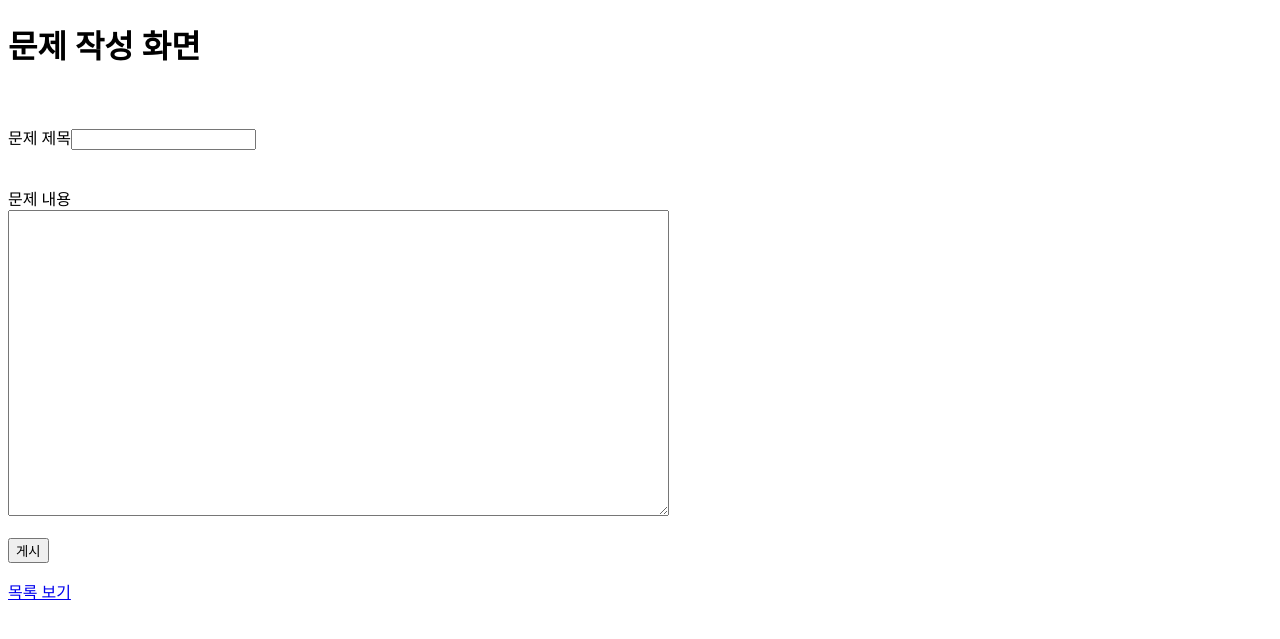
Repository: ryuhm48/Opensource-Project05
Page: http://localhost/Problems/Problems/ProblemWrite.jsp
An editor plug-in stored every save of this project. The page is shown before and after the next save, followed by the edit.
The browser window is 1280 px wide. The pictures show the whole page.
The page is served by Tomcat 9. Other server files are loaded and not shown.

Above is the page before, as saved 2019-06-02 02:18:29.

### 문제 풀이 제출 추가/Problems/WebContent/Problems/ProblemWrite.jsp
<%@ page language="java" contentType="text/html; charset=UTF-8"
pageEncoding="UTF-8"%>

<!DOCTYPE html PUBLIC "-//W3C//DTD HTML 4.01Transitional//EN" "http://www.w3.org/TR/html4/loose.dtd">
<html>
<head>
<meta http-equiv="Content-Type" content = text/html; charset="UTF-8">
<title>문제 작성</title>
</head>
<body>
	<h1>문제 작성 화면</h1>

	<form action = "write.do" method = "post">
		<input type = "text" name = "studyNum" style = "display : none;" value = "1"><br/>
		<input type = "text" name = "problemNum2" style = "display : none;" value = "1"><br/>
		문제 제목<input type = "text" name = "problemName"><br/>
		<input type = "text" name = "problemLanguage" style = "display : none;" value = "C"><br/>
		<input type = "text" name = "writerName" style = "display : none;" value = "김경태"><br/>
		문제 내용<br/><textarea name = "problemContent" rows="20" cols="80"></textarea><br/><br/>
		<input type = "submit" value = "게시"></br>
	</form>

	<p><a href="list.do">목록 보기</a></p>

</body>
</html>

After the next save:
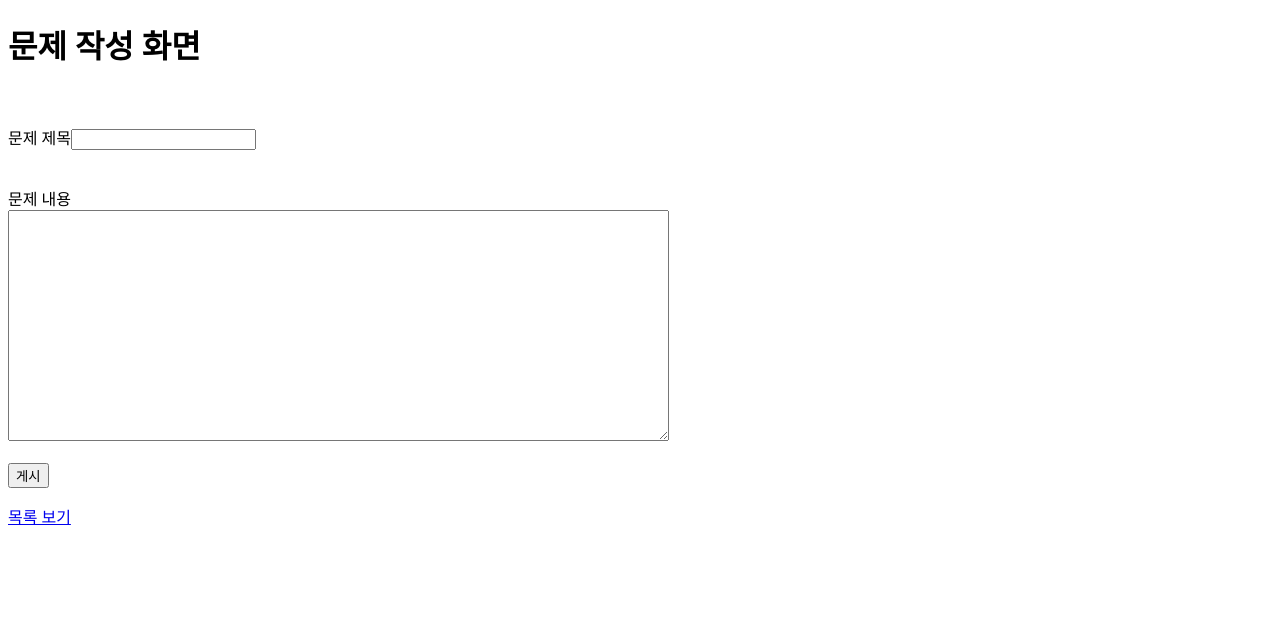
Saved 98 s later.
--- a/문제 풀이 제출 추가/Problems/WebContent/Problems/ProblemWrite.jsp
+++ b/문제 풀이 제출 추가/Problems/WebContent/Problems/ProblemWrite.jsp
@@ -16,7 +16,7 @@ pageEncoding="UTF-8"%>
 		문제 제목<input type = "text" name = "problemName"><br/>
 		<input type = "text" name = "problemLanguage" style = "display : none;" value = "C"><br/>
 		<input type = "text" name = "writerName" style = "display : none;" value = "김경태"><br/>
-		문제 내용<br/><textarea name = "problemContent" rows="20" cols="80"></textarea><br/><br/>
+		문제 내용<br/><textarea name = "problemContent" rows="15" cols="80"></textarea><br/><br/>
 		<input type = "submit" value = "게시"></br>
 	</form>
 
